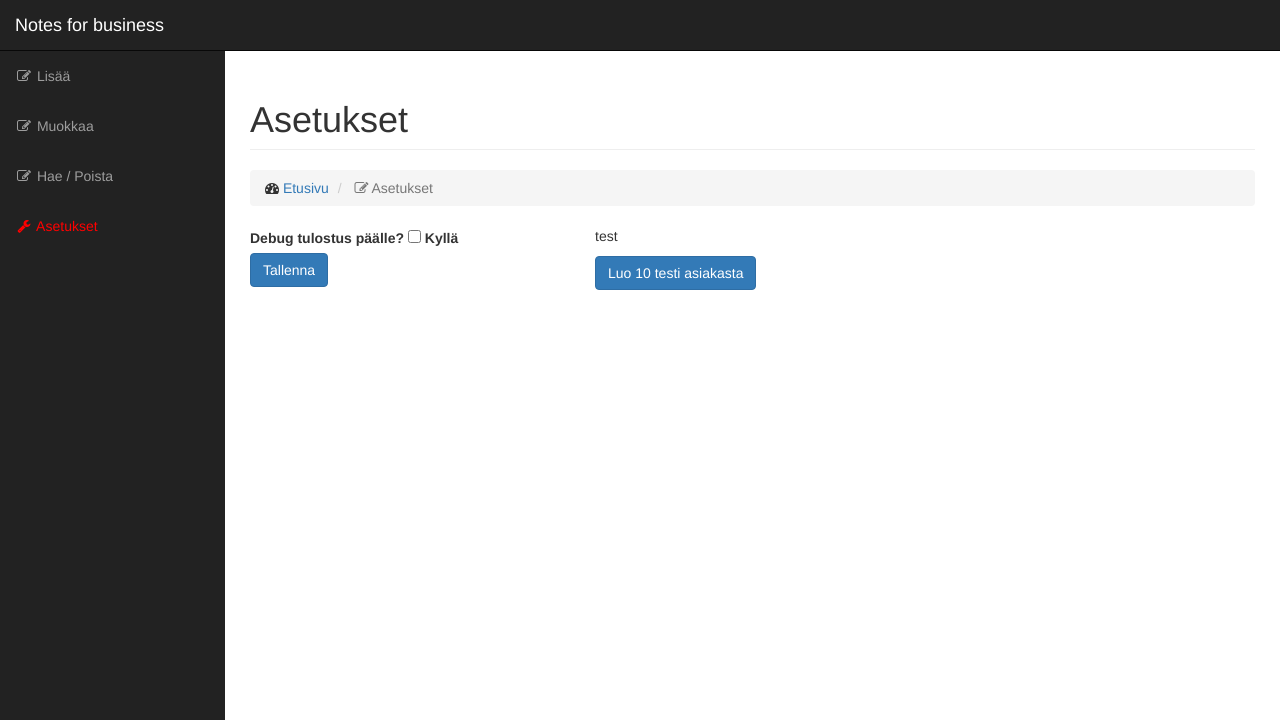
Repository: TommiKurjensalo/php
Page: http://localhost/asetukset.php
An editor plug-in stored every save of this project. The page is shown before and after the next save, followed by the edit.
The browser window is 1280 px wide. The pictures show the whole page.
The page is run by PHP 8.4 with error messages shown; the project is at /var/www/html/.

Above is the page before, as saved 2017-04-22 18:31:06.

### sivut/asetukset.php
<?php
require_once "asetuksetLuokka.php";

// Käynnistetään sessio
session_start ();

// Onko painettu tallenna-painiketta
if (isset($_POST["tallenna"])) {
	if (isset($_COOKIE["isDebug"])) {
		echo "<div style='padding-left:300px;'>";
		echo "post debug: ".(isset($_POST["debug"])
				? $_POST["debug"] : 'notSet') ."  tallenna painike valittu </div>";
	}
	// Viedään muodostimelle kenttien arvot
		if (isset($_POST["debug"])) {
			$asetukset = true;

			// Kirjoitetaan session tiedot talteen
			$_SESSION ["asetukset"] = true;
			session_write_close ();

			// Asetetaan cookie, koska debug haluttiin päälle
			setcookie("isDebug", $_POST["debug"], time() +86400, "/sivut/"); // 86400 = 1 day

			echo (isset($_COOKIE["isDebug"]) ? "<br><div style='padding-left:300px;'> Cookies are enabled </div>" : '');

		} else {

				// Tuhotaan cookie, koska käyttäjä niin halusi
				setcookie("isDebug", "", time() - 3600, "/sivut/");

				echo (isset($_COOKIE["isDebug"]) ? "<br><div style='padding-left:300px;'>  if isset post debug else tuhotaan " : '');

				$_SESSION = array ();

					if (isset ( $_COOKIE [session_name ()] )) {
						setcookie ( session_name (), '', time () - 100, '/' );
					}

				session_destroy ();
				$asetukset = false;

				echo (isset($_COOKIE["isDebug"]) ? "<br> Cookies are disabled" :''). "</div>";
		}

	echo (isset($_COOKIE["isDebug"])
			? "<div style='padding-left:300px;'>if cookie debug sisältö: " .(isset($_COOKIE["isDebug"])
					? $_COOKIE["isDebug"] :'false'). "</div>" : '</div>');

} elseif (isset ( $_POST ["debug"] )) {
	if (isset ( $_SESSION ["asetukset"] )) {
		echo (isset($_COOKIE["isDebug"]) ? "<div style='padding-left:300px;'> elseif isset post&session </div>" :'');
		$_SESSION = array ();

		if (isset ( $_COOKIE [session_name ()] )) {
			setcookie ( session_name (), '', time () - 100, '/' );
		}

		session_destroy ();
	}

} else {

	// Sivulle tultiin ensimmäistä kertaa
	// Tehdään false muuttuja
	$asetukset = false;

	if (isset ($_COOKIE["isDebug"] )) {
		if (isset ( $_SESSION ["asetukset"] )) {
			echo (isset($_COOKIE["isDebug"]) ? "<div style='padding-left:300px;'><br>else isset session asetukset sisältö: " .$_SESSION ["asetukset"]. "</div>" :'');
			$asetukset = true;
		}

		$asetukset = true;
		echo (isset($_COOKIE["isDebug"]) ?
		"<div style='padding-left:300px;'>" .
		" else isset cookie debug sisältö: " .$_COOKIE["isDebug"]. "</div>":'');

	} elseif (isset ( $_SESSION ["asetukset"] )) {
		$asetukset = true;
	}



}

?>

<!DOCTYPE html>
<html lang="en">

<head>

    <meta charset="utf-8">
    <meta http-equiv="X-UA-Compatible" content="IE=edge">
    <meta name="viewport" content="width=device-width, initial-scale=1">
    <meta name="description" content="">
    <meta name="author" content="">

    <title>Notes</title>

    <!-- Bootstrap Core CSS -->
    <link href="css/bootstrap.min.css" rel="stylesheet">

    <!-- Custom CSS -->
    <link href="css/sb-admin.css" rel="stylesheet">

    <!-- Custom Fonts -->
    <link href="font-awesome/css/font-awesome.min.css" rel="stylesheet" type="text/css">

    <!-- HTML5 Shim and Respond.js IE8 support of HTML5 elements and media queries -->
    <!-- WARNING: Respond.js doesn't work if you view the page via file:// -->
    <!--[if lt IE 9]>
        <script src="https://oss.maxcdn.com/libs/html5shiv/3.7.0/html5shiv.js"></script>
        <script src="https://oss.maxcdn.com/libs/respond.js/1.4.2/respond.min.js"></script>
    <![endif]-->

</head>

<body>

    <div id="wrapper">

        <!-- Navigation -->
        <nav class="navbar navbar-inverse navbar-fixed-top" role="navigation">
            <!-- Brand and toggle get grouped for better mobile display -->
            <div class="navbar-header">
                 <a class="navbar-brand" href="index.php">Notes for business</a>

            </div>

            <!-- Sidebar Menu Items - These collapse to the responsive navigation menu on small screens -->
            <div class="collapse navbar-collapse navbar-ex1-collapse">
                <ul class="nav navbar-nav side-nav">
                    <li>
                        <a href="lisaa.php"> <i class="fa fa-fw fa-edit"></i> Lisää</a>
                    </li>
                    <li>
                        <a href="muokkaa.php"><i class="fa fa-fw fa-edit"></i> Muokkaa</a>
                    </li>
                    <li>
                        <a href="listaaKaikki.php"><i class="fa fa-fw fa-edit"></i> Hae / Poista</a>
                    </li>
                    <li>
                        <a href="asetukset.php" class="active"><i class="fa fa-fw fa-wrench"></i> Asetukset</a>
                    </li>

                </ul>
            </div>
            <!-- /.navbar-collapse -->
        </nav>

        <div id="page-wrapper">

            <div class="container-fluid">

                <!-- Page Heading -->
                <div class="row">
                    <div class="col-lg-12">
                        <h1 class="page-header">
                            Asetukset
                        </h1>
                        <ol class="breadcrumb">
                            <li>
                                <i class="fa fa-dashboard"></i>  <a href="index.php">Etusivu</a>
                            </li>
                            <li class="active">
                                <i class="fa fa-edit"></i> Asetukset
                            </li>
                        </ol>
                    </div>
                </div>
                <!-- /.row -->

                <div class="row">
                    <div class="col-lg-4">

                        <form class="form-inline" role="form" action="<?php echo htmlspecialchars($_SERVER["PHP_SELF"]);?>" method="post">

                            <div class="form-check form-check-inline">
  							  <label class="form-check-label"> Debug tulostus päälle?
	                                	<input name="debug" type="checkbox" class="form-check-input" value="true"
	                                	<?php echo (($asetukset ===true) ? ' checked' : ''); ?> /> Kyllä</label>
	                                </div>

                          	<div class="form-group">

                            		<input name="tallenna" type="submit" class="btn btn-primary px-2" value="Tallenna"/>
							</div> <!-- ./form-group -->


					</div> <!-- ./col-lg-4 -->

						<div class="col-lg-4"> <!-- luo testi asiakkaita -->
						<p>test</p>
							<?php
							if (isset($_POST["luoTestiAsiakkaita"])) {
							try {

								$asiakas = new Asetukset();
								$rivit = $asiakas->lisaaTestiAsiakkaita();

							echo ((stripos($rivit[0], 'lisaa ok') !== FALSE && stripos($rivit[1],
			                      'lisaa_kayttojarjestelma ok') !== FALSE)
			                       ? '<h3 style="color:green"><i class="glyphicon glyphicon-ok">
			                       </i> Testi asiakkaat on lisätty onnistuneesti! <br> Lisättyjä rivejä: '
			                       .$rivit[2]. '</h3>': '<h3>Lisäys epäonnistui</h3>');
							} catch (Exception $error) {

								print($error->getMessage());
								echo "<br>";
								}
							}
							?>

							<div class="form-group">
                 					<input name="luoTestiAsiakkaita" type="submit" class="btn btn-primary px-2" value="Luo 10 testi asiakasta"/>
							</div> <!-- ./form-group -->

						</div> <!-- ./col-lg-4  luo testi asiakkaita -->

                    </form>
                </div>
                <!-- /.row -->

            </div>
            <!-- /.container-fluid -->

        </div>
        <!-- /#page-wrapper -->

    </div>
    <!-- /#wrapper -->

    <!-- jQuery -->
    <script src="js/jquery.js"></script>

    <!-- Bootstrap Core JavaScript -->
    <script src="js/bootstrap.min.js"></script>

</body>

</html>

### sivut/asetuksetLuokka.php
<?php
require_once "PDO.php";

class Asetukset {
public function lisaaTestiAsiakkaita() {

// *** lisaa taulun lisäys
for ($i=1;$i<=10;$i++) {
	// Luodaan SQL kysely tietojen lisäystä varten
	$sql_lisaa = "INSERT INTO lisaa (asiakkaanNimi,sahkopostiosoite,puhelinNumero,
                        		asennusPaivamaara,levytila,lisatietoa)
                               	VALUE (:asiakkaanNimi,:sahkopostiosoite,:puhelinNumero,
                                :asennusPaivamaara,:levytila,:lisatietoa);";

	// Valmistellaan lause
	$stmt_lisaa = Database :: prepare($sql_lisaa);

	// Jos lausetta ei ole onnistuneesti valmisteltu, annetaan virheilmoitus
	if (! $stmt_lisaa = Database :: prepare($sql_lisaa)) {
		$virhe_lisaa = Database :: errorInfo();

		throw new PDOException($virhe_lisaa[2], $virhe_lisaa[1]);
	}

	// Asetetaan asiakkaan nimi Asiakas?
	$stmt_lisaa->bindValue(":asiakkaanNimi", utf8_decode("Asiakas".$i), PDO::PARAM_STR);

	// Asetetaan sähköposti
	$stmt_lisaa->bindValue(":sahkopostiosoite", utf8_decode("asiakas".$i."@asiakas.org"), PDO::PARAM_STR);

	// Asetetaan puhelinnumero
	$stmt_lisaa->bindValue(":puhelinNumero", utf8_decode("040-123 45".$i), PDO::PARAM_STR);

	// Asetetaan asennuspäivämäärä
	$stmt_lisaa->bindValue(":asennusPaivamaara", utf8_decode("2016-05-" .$i), PDO::PARAM_STR);

	// Asetetaan levytila 20x Gt
	$stmt_lisaa->bindValue(":levytila", utf8_decode("20".$i), PDO::PARAM_INT);


	// Asetetaan lisatietoa
	$stmt_lisaa->bindValue(":lisatietoa", utf8_decode("Lisätietoja koskien asiakasta".$i), PDO::PARAM_STR);

	$tulos = array();

	// Jos SQL kyselylausekkeen ajo epäonnistuu, näytetään virheviesti
	if (! $stmt_lisaa->execute()) {
		$virhe_lisaa = $stmt_lisaa->errorInfo();
		$tulos[] = $virhe_lisaa;

		if ($virhe_lisaa[0] == "HY093") {
			$virhe_lisaa[2] = "Invalid parameter";
		}
		throw new PDOException($virhe_lisaa[2], $virhe_lisaa[1]);
	} else {
		$tulos[] = "lisaa ok";
	}
//} // for loop - lisaa kantaan

	// debuggausta varten
	if (isset($_COOKIE["isDebug"])) {
		echo "<br>var_dump: ".	var_dump($lisaa). "<br>";
		echo "INSERT INTO lisaa (lisaaId,asiakkaanNimi,sahkopostiosoite,puhelinNumero,
				asennusPaivamaara,levytila,lisatietoa)
				VALUE (:lisaaId,\"".$lisaa->getAsiakkaanNimi()."\",\"" .$lisaa->getSahkopostiosoite(). "\",\"" .$lisaa->getPuhelinNumero()."\",
				\"".$asennusPaivamaara."\",\"".$lisaa->getLevytila()."\",\"".$lisaa->getLisatietoa()."\");";

		echo '<br>';
	}

// *** lisaa_kayttajarjestelma taulun lisäys
$y=0; // muuttuja käyttöjärjestelmä id:tä varten

//for ($i=1;$i<=10;$i++) {
	(($y >=4) ? $y=1 : $y++);
	// SQL lauseke
	$sql_linkkaus = "INSERT INTO lisaa_kayttojarjestelma (kayttoJarjestelmaId,lisaaId)
                     VALUE (:kayttoJarjestelmaId,:lisaaId);";

	// Valmistellaan lause
	$stmt_linkkaus = Database :: prepare($sql_linkkaus);

	// Jos lausetta ei ole onnistuneesti valmisteltu, annetaan virheilmoitus
	if (! $stmt_linkkaus = Database :: prepare($sql_linkkaus)) {
		$virhe_linkkaus = Database :: errorInfo();

		throw new PDOException($virhe_linkkaus[2], $virhe_linkkaus[1]);
	}

	// Asetetaan käyttöjärjestelmä id
	$stmt_linkkaus->bindValue(":kayttoJarjestelmaId", utf8_decode($y), PDO::PARAM_STR);

	// Asetetaan lisaa id
	$stmt_linkkaus->bindValue(":lisaaId", utf8_decode(Database::lastInsertId()), PDO::PARAM_INT);

	// Jos SQL kyselylausekkeen ajo epäonnistuu, näytetään virheviesti
	if (! $stmt_linkkaus->execute()) {
		$virhe_linkkaus = $stmt_linkkaus->errorInfo();
		$tulos[] = $virhe_linkkaus;
		if ($virhe_linkkaus[0] == "HY093") {
			$virhe_linkkaus[2] = "Invalid parameter";
		}

		throw new PDOException($virhe_linkkaus[2], $virhe_linkkaus[1]);
	} else {
		$tulos[] = "lisaa_kayttojarjestelma ok";
	}

	if (isset($_COOKIE["isDebug"])) {
		echo "INSERT INTO lisaa_kayttojarjestelma (kayttoJarjestelmaId,lisaaId)
              VALUE (\"".$y."\",\"".Database::lastInsertId()."\");";
	}

} // for loop -


	$this->lkm = $stmt_lisaa->rowCount();
	$tulos[] = $this->lkm;
	return $tulos;

} // function lisaaTestiAsiakkaita
}
?>

### sivut/PDO.php
<?php

class Database {

	// Määritellään $link muuttujalle arvo null
	private static $link = null ;

	// Luodaan funktio getLink, joka palauttaa $link arvon, jos se on true
	private static function getLink ( ) {
		if ( self :: $link ) {
			return self :: $link ;
		}

		// Määritellään asetustiedosto
		$ini = "pdo_settings.ini" ;

		// Määritetään, muuttujalle asetustiedoston sisältö, jos tiedostoa ei löydy annettaan virheilmoitus
		//$parse = parse_ini_file ( $ini , TRUE ) ;
		if (!$parse = parse_ini_file($ini, TRUE,INI_SCANNER_TYPED)) throw new exception('Ei pystytty avaamaan tiedostoa ' . $ini . '.');

		// Annetaan muuttujille arvot asetustiedostosta
		$driver = $parse [ "db_driver" ] ;
		$dsn = "${driver}:" ;
		$user = $parse [ "db_user" ] ;
		$password = $parse [ "db_password" ] ;
		$options = $parse [ "db_options" ] ;
		$attributes = $parse [ "db_attributes" ] ;

		// Luodaan [dsn] lohkon avulla $dsn muuttujan parametrit
		foreach ( $parse [ "dsn" ] as $k => $v ) {
			$dsn .= "${k}=${v};" ;
		}

		// Avataan uusi PDO yhteys annetuilla arvoilla
		self :: $link = new PDO ( $dsn, $user, $password, $options ) ;


		// Käydään attribuutit läpi ja ajetaan ne
		foreach ( $attributes as $k => $v ) {

			self :: $link -> setAttribute ( constant ( "{$k}" )
			, constant ( "{$v}" ) );
			//echo ( "link -> setAttribute (" .$k.", ".$v. ")" );
		}


		// Palautetaan $link (yhteys)
		return self :: $link ;

} // getLink

	// Pyytää linkin tiedon array listaan
	public static function __callStatic ( $name, $args ) {
		$callback = array ( self :: getLink ( ), $name ) ;
		return call_user_func_array ( $callback , $args ) ;
	}

	// Yksinkertainen funtio, joka testaa onko yhteys päällä
	public function isConnected()
	{
		try {
			return (bool) Database::query('SELECT 1+1');
		} catch (PDOException $e) {
			return FALSE;
		}
	} // isConnected
} // Database

?>

### sivut/css/sb-admin.css
/*!
 * Start Bootstrap - SB Admin (http://startbootstrap.com/)
 * Copyright 2013-2016 Start Bootstrap
 * Licensed under MIT (https://github.com/BlackrockDigital/startbootstrap/blob/gh-pages/LICENSE)
 */

/* Global Styles */

body {
    margin-top: 100px;
   /* background-color: #222; */
}

@media(min-width:768px) {
    body {
        margin-top: 50px;
    }
}

#wrapper {
    padding-left: 0;
}

#page-wrapper {
    width: 100%;
    padding: 0;
    background-color: #fff;
}

.huge {
    font-size: 50px;
    line-height: normal;
}

@media(min-width:768px) {
    #wrapper {
        padding-left: 225px;
    }

    #page-wrapper {
        padding: 10px;
    }
}

/* Top Navigation */

.top-nav {
    padding: 0 15px;
}

.top-nav>li {
    display: inline-block;
    float: left;
}

.top-nav>li>a {
    padding-top: 15px;
    padding-bottom: 15px;
    line-height: 20px;
    color: #999;
}

.top-nav>li>a:hover,
.top-nav>li>a:focus,
.top-nav>.open>a,
.top-nav>.open>a:hover,
.top-nav>.open>a:focus {
    color: #fff;
    background-color: #000;
}

.top-nav>.open>.dropdown-menu {
    float: left;
    position: absolute;
    margin-top: 0;
    border: 1px solid rgba(0,0,0,.15);
    border-top-left-radius: 0;
    border-top-right-radius: 0;
    background-color: #fff;
    -webkit-box-shadow: 0 6px 12px rgba(0,0,0,.175);
    box-shadow: 0 6px 12px rgba(0,0,0,.175);
}

.top-nav>.open>.dropdown-menu>li>a {
    white-space: normal;
}

ul.message-dropdown {
    padding: 0;
    max-height: 250px;
    overflow-x: hidden;
    overflow-y: auto;
}

li.message-preview {
    width: 275px;
    border-bottom: 1px solid rgba(0,0,0,.15);
}

li.message-preview>a {
    padding-top: 15px;
    padding-bottom: 15px;
}

li.message-footer {
    margin: 5px 0;
}

ul.alert-dropdown {
    width: 200px;
}

/* Side Navigation */

@media(min-width:768px) {
    .side-nav {
        position: fixed;
        top: 51px;
        left: 225px;
        width: 225px;
        margin-left: -225px;
        border: none;
        border-radius: 0;
        overflow-y: auto;
        background-color: #222;
        bottom: 0;
        overflow-x: hidden;
        padding-bottom: 40px;
    }

    .side-nav>li>a {
        width: 225px;
    }

	.nav .navbar-nav .side-nav > .active > a {
        color:red !important;
    }

	.side-nav a.active{
        color:red !important;
    }

    .side-nav li a:hover,
    .side-nav li a:focus {
        outline: none;
        background-color: #000 !important;
    }
}

.side-nav>li>ul {
    padding: 0;
}

.side-nav>li>ul>li>a {
    display: block;
    padding: 10px 15px 10px 38px;
    text-decoration: none;
    color: #999;
}

.side-nav>li>ul>li>a:hover {
    color: #fff;
}

/* Flot Chart Containers */

.flot-chart {
    display: block;
    height: 400px;
}

.flot-chart-content {
    width: 100%;
    height: 100%;
}

/* Custom Colored Panels */

.huge {
    font-size: 40px;
}

.panel-green {
    border-color: #5cb85c;
}

.panel-green > .panel-heading {
    border-color: #5cb85c;
    color: #fff;
    background-color: #5cb85c;
}

.panel-green > a {
    color: #5cb85c;
}

.panel-green > a:hover {
    color: #3d8b3d;
}

.panel-red {
    border-color: #d9534f;
}

.panel-red > .panel-heading {
    border-color: #d9534f;
    color: #fff;
    background-color: #d9534f;
}

.panel-red > a {
    color: #d9534f;
}

.panel-red > a:hover {
    color: #b52b27;
}

.panel-yellow {
    border-color: #f0ad4e;
}

.panel-yellow > .panel-heading {
    border-color: #f0ad4e;
    color: #fff;
    background-color: #f0ad4e;
}

.panel-yellow > a {
    color: #f0ad4e;
}

.panel-yellow > a:hover {
    color: #df8a13;
}

@media screen and (max-width: 1024px) {
				.etusivu {
				left: 50%;
				margin-left: -512px; }
		}

.etusivu {
			background: linear-gradient(to bottom,rgba(0, 0, 0, 0), rgba(0, 0, 0, 0.4)
			),url(../img/film-background.jpg);
			position: fixed;
			overflow: hidden;
			left: 0;
	  		/* Set rules to fill background */
			min-height: 100%;
			min-width: 1024px;

			/* Set up proportionate scaling */
			width: 100%;
			height: auto;
    	}

.etusivu > h1 {
		     margin: 0;
			 color: white;
			 padding: 10% 0 0 50%;
			 text-shadow: 10px 10px 0 black;
		 }

hr {
   display: block;
   position: relative;
   height: 0;
   width: 100%;
   max-height: 0;
   font-size: 1px;
   line-height: 10px;
   clear: both;
   border: none;
   border-top: 2px solid #aaaaaa;
   border-bottom: 2px solid #ffffff;
}

.table-hover>tbody>tr:hover>td, .table-hover>tbody>tr:hover>th {
  background-color: #646464;
  color:#eeeeee;
}

Loaded but not shown: sivut/css/bootstrap.min.css (library); sivut/font-awesome/css/font-awesome.min.css (library); sivut/js/jquery.js (library); sivut/js/bootstrap.min.js (library)

After the next save:
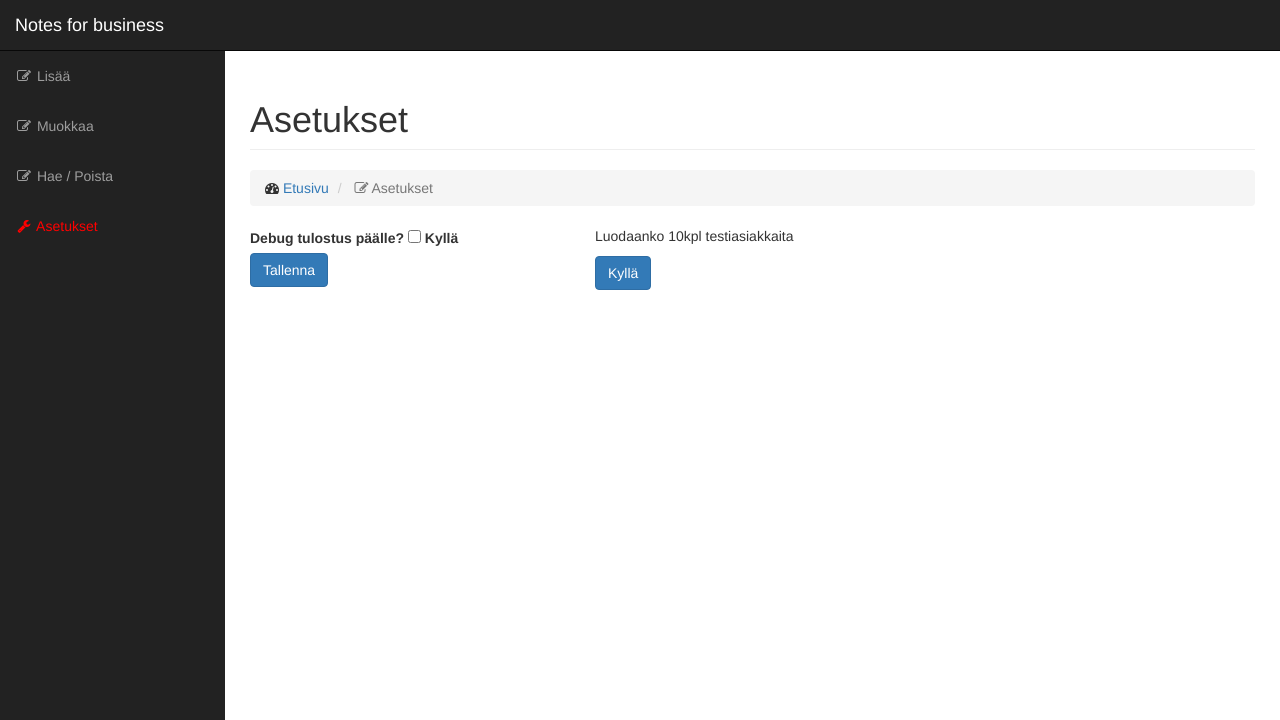
Saved 34 s later.
--- a/sivut/asetukset.php
+++ b/sivut/asetukset.php
@@ -192,7 +192,7 @@ if (isset($_POST["tallenna"])) {
 					</div> <!-- ./col-lg-4 -->
 
 						<div class="col-lg-4"> <!-- luo testi asiakkaita -->
-						<p>test</p>
+						<p>Luodaanko 10kpl testiasiakkaita</p>
 							<?php
 							if (isset($_POST["luoTestiAsiakkaita"])) {
 							try {
@@ -214,7 +214,7 @@ if (isset($_POST["tallenna"])) {
 							?>
 
 							<div class="form-group">
-                 					<input name="luoTestiAsiakkaita" type="submit" class="btn btn-primary px-2" value="Luo 10 testi asiakasta"/>
+                 					<input name="luoTestiAsiakkaita" type="submit" class="btn btn-primary px-2" value="Kyllä"/>
 							</div> <!-- ./form-group -->
 
 						</div> <!-- ./col-lg-4  luo testi asiakkaita -->
